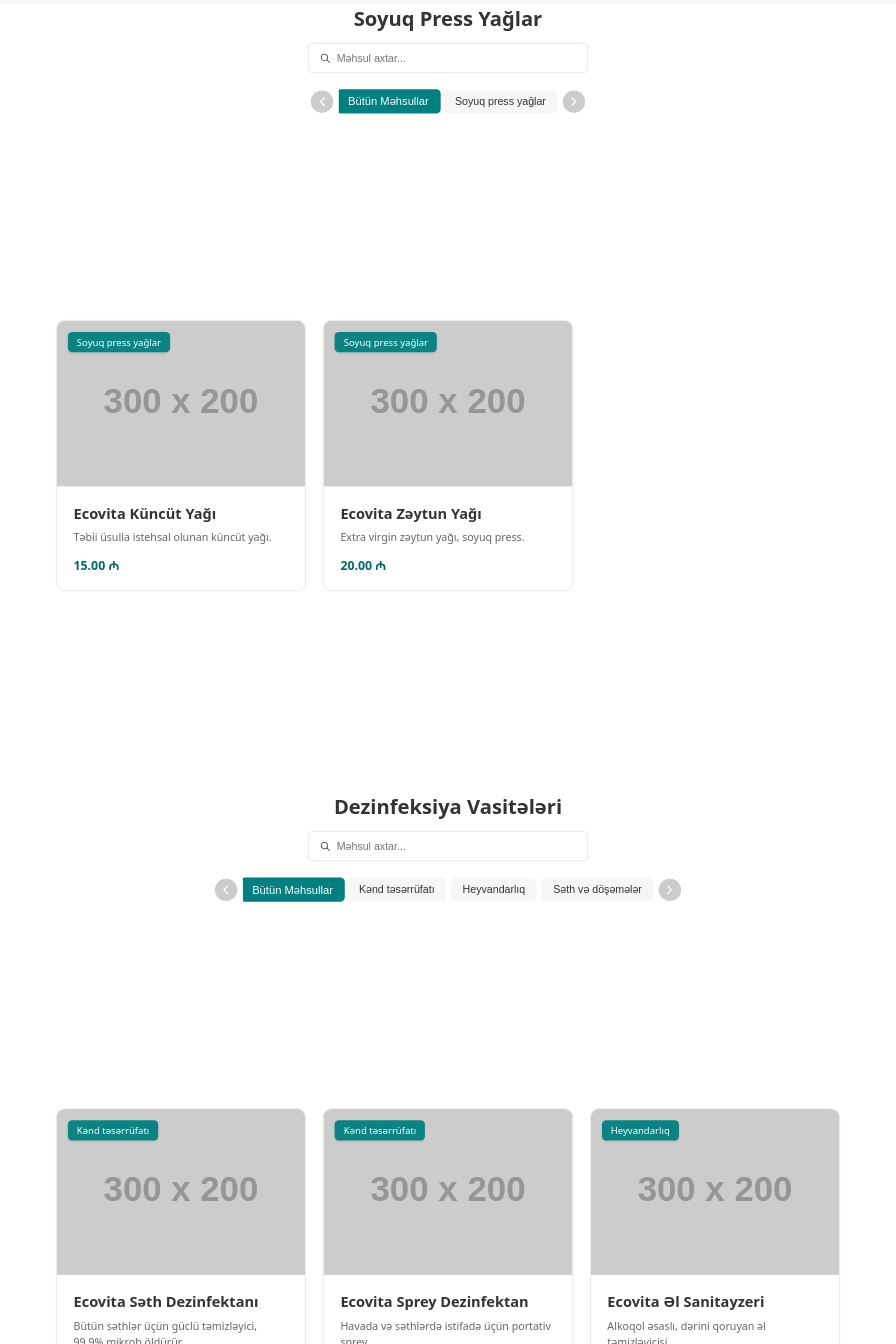
Repository: ferhadsultan98/ecovita
Page: /
An editor plug-in stored every save of this project. The page is shown before and after a run of saves, followed by the edit.
The browser window is 1280 px wide. The pictures show the part of the page from y = 1545 to 3465 px (the page is 4753 px tall before and 3921 px after), at 70% of full size.
The project was rebuilt for these pictures with package versions that can differ from the ones it lists, and the page was loaded fresh each time. Also part of the build but not shown: vite.config.js.

Above is the page before, as saved 2025-05-02 17:13:40.

After the next 2 saves:
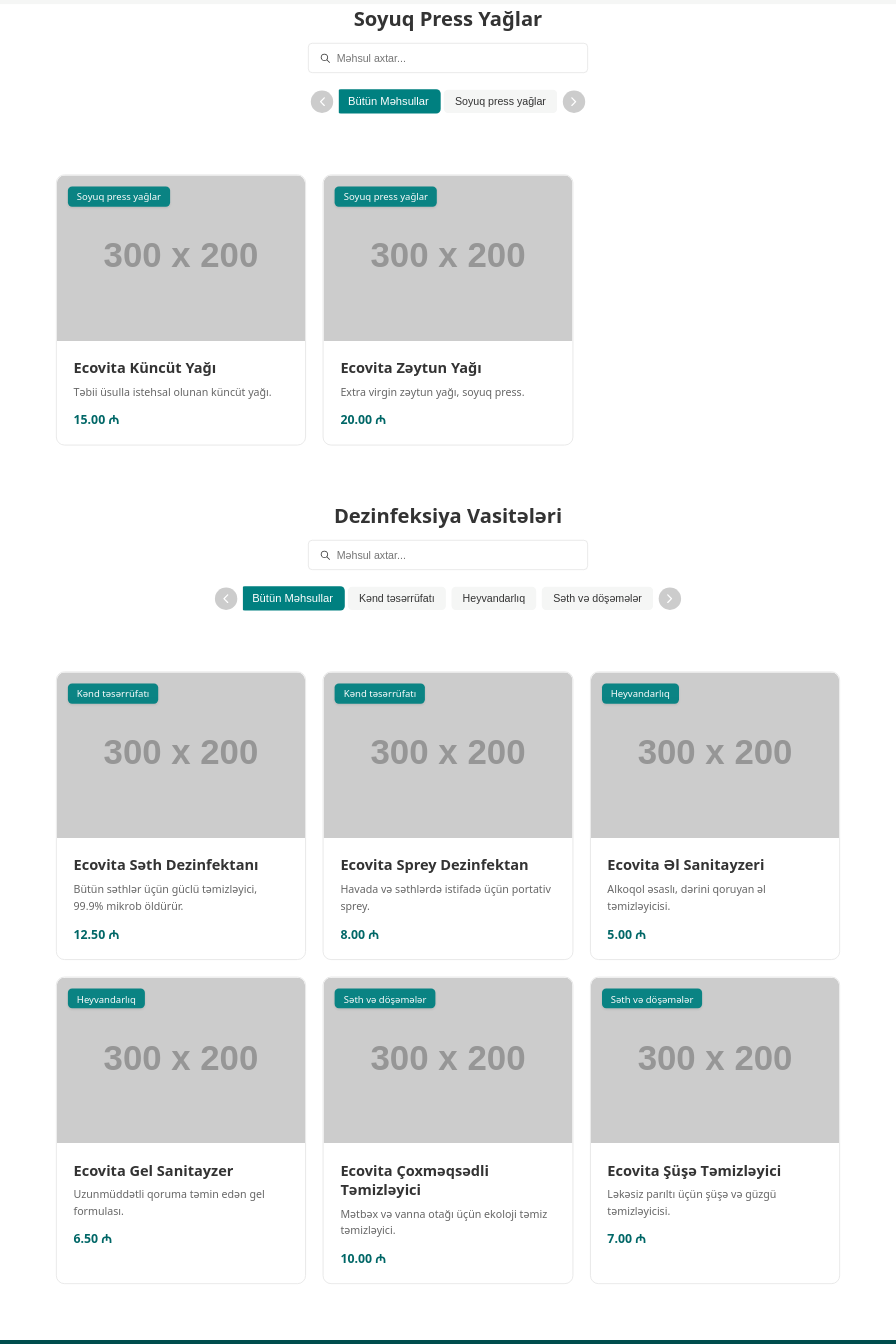
The 2 saves are shown as one change because they came seconds apart.
The last was saved 12 s later.
--- a/src/Pages/MenuSection/MenuSection.scss
+++ b/src/Pages/MenuSection/MenuSection.scss
@@ -194,7 +194,7 @@
   }
 
   .menu-content {
-    padding: 18rem 5rem;
+    padding: 5rem;
 
     .menu-grid {
       display: grid;
